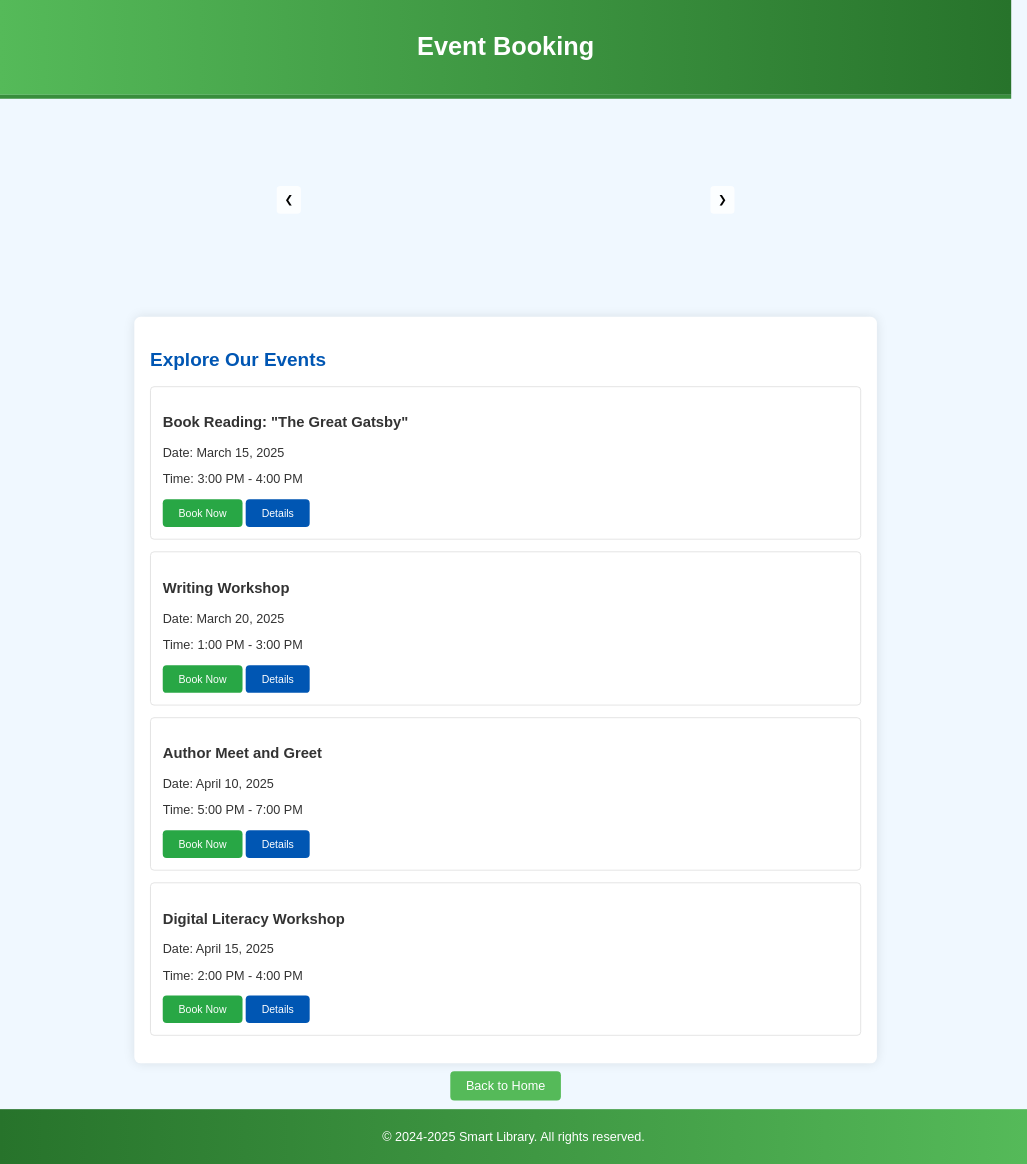
Repository: grebail/Comp-FYP
Page: public/event_booking.html
The author's editor kept a copy of each file at every save. The page is drawn from the files as they stood at one save, then again after the next save.
The browser window is 1280 px wide. The page is 1300 px wide, so the pictures cover 1300 px, including what lies to the right of the window. The pictures show the whole page, at 79% of full size.
The page's requests for data from a server got no answer.

Above is the page before, as saved 2025-04-05 03:05:28.

After the next save:
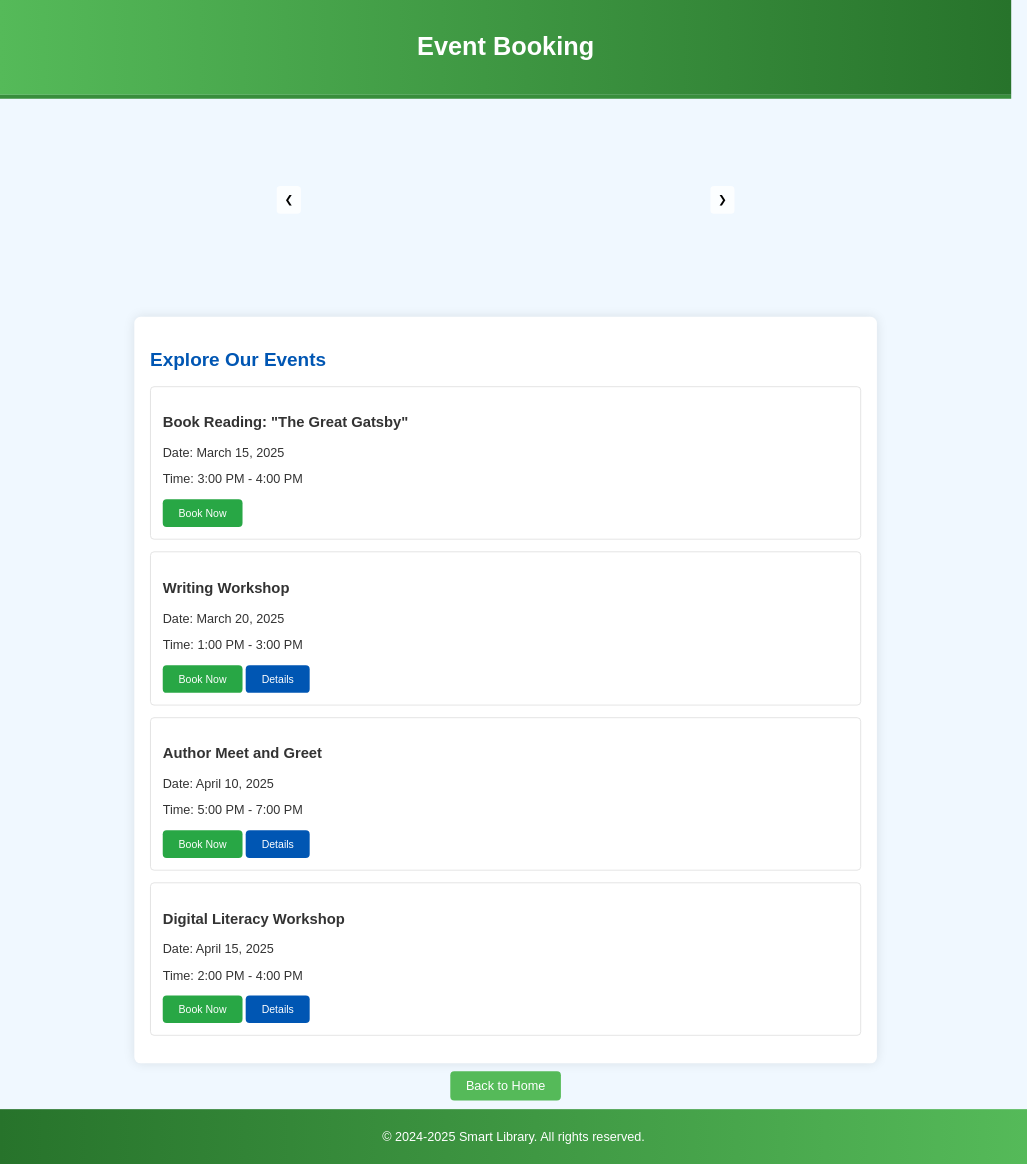
Saved 6 s later.
--- a/public/event_booking.html
+++ b/public/event_booking.html
@@ -286,7 +286,7 @@
             Join us for a captivating reading of F. Scott Fitzgerald's classic novel, followed by a discussion on the American Dream.
         </p>
         <button class="book-button" onclick="bookEvent(this)">Book Now</button>
-        <button class="detail-button" onclick="detailModal(this)">Details</button>
+
     </div>
     <div class="event">
         <h3>Writing Workshop</h3>
